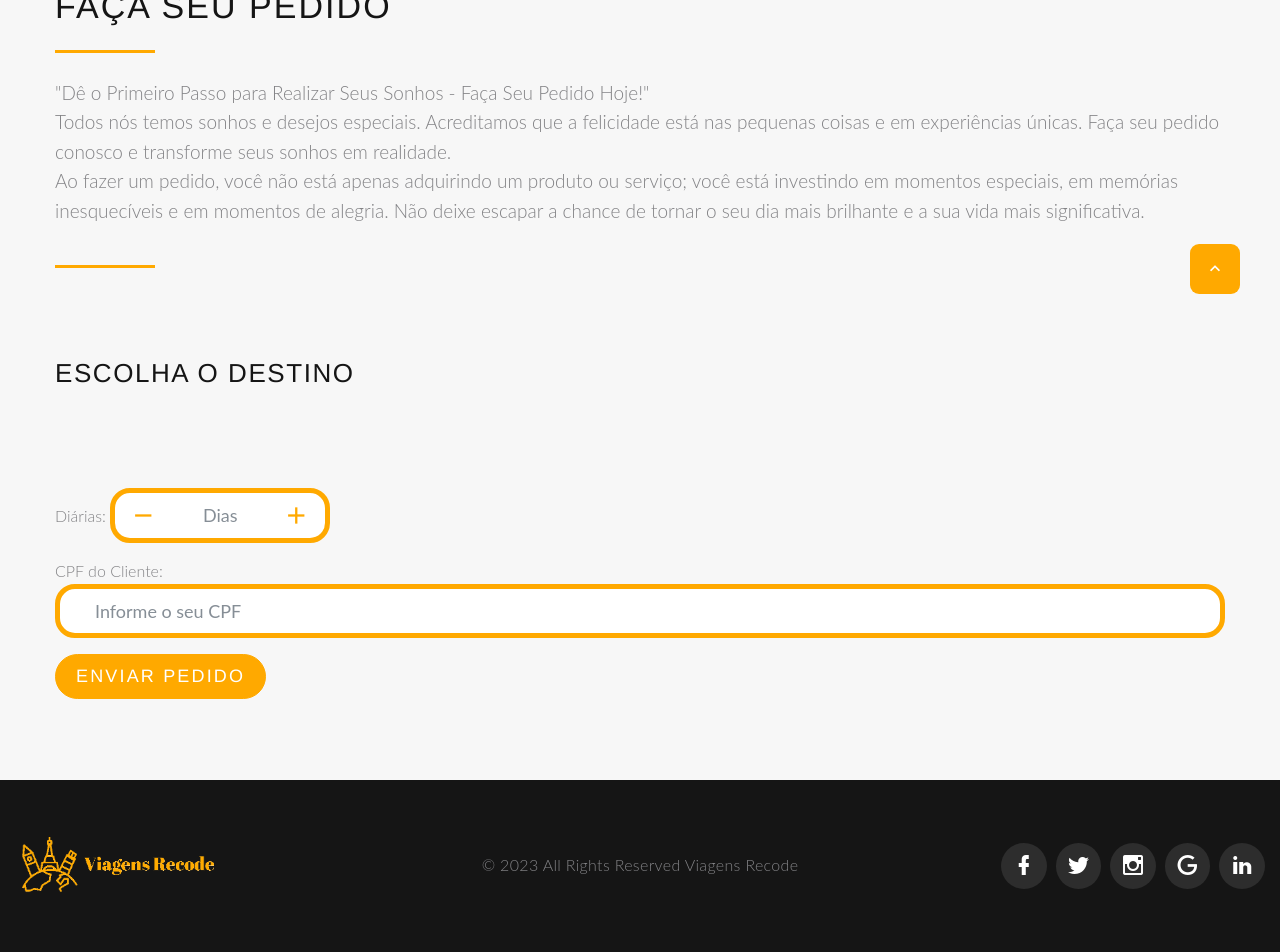
Repository: LiraS23/RecodePro2023-Modulo-4
Page: http://localhost/Modulo4/pedidos.jsp
These files come from the project's save history. The page is drawn as it stood at one moment and after the next save; the edit follows.
The browser window is 1280 px wide. The pictures show the part of the page from y = 486 to 1438 px (the page is 1438 px tall before and 1328 px after).
Some web fonts or font styles are not loaded; a fallback is used. The page is served by Tomcat 10. Other server files are loaded and not shown.

Above is the page before, as saved 2023-11-03 17:45:43.

### java/Modulo4/src/main/webapp/pedidos.jsp
<%@ page language="java" contentType="text/html; charset=UTF-8"
	pageEncoding="UTF-8"%>


<!DOCTYPE html>

<html lang="pt-br">
<head>
<meta charset="UTF-8">
<meta name="viewport"
	content="width=device-width, height=device-height, initial-scale=1.0">
<meta http-equiv="X-UA-Compatible" content="IE=edge">
<title>Pedidos</title>

<link rel="icon" href="assets/images/favicon.ico" type="image/x-icon">
<link rel="stylesheet" type="text/css"
	href="assets/fonts.googleapis.com/css?family=Oswald:200,400%7CLato:300,400,300italic,700%7CMontserrat:900">
<link rel="stylesheet" href="assets/css/bootstrap.css">
<link rel="stylesheet" href="assets/css/style.css">
<link rel="stylesheet" href="assets/css/fonts.css">
</head>
<body>
	<div class="page">
		<header
			class="section page-header breadcrumbs-custom-wrap bg-gradient bg-secondary-2 novi-background bg-cover">
			<!-- RD Navbar-->
			<div class="rd-navbar-wrap rd-navbar-default">
				<nav class="rd-navbar" data-layout="rd-navbar-fixed"
					data-sm-layout="rd-navbar-fixed" data-md-layout="rd-navbar-fixed"
					data-md-device-layout="rd-navbar-fixed"
					data-lg-layout="rd-navbar-fullwidth"
					data-xl-layout="rd-navbar-static"
					data-lg-device-layout="rd-navbar-fixed"
					data-xl-device-layout="rd-navbar-static"
					data-md-stick-up-offset="2px" data-lg-stick-up-offset="2px"
					data-stick-up="true" data-sm-stick-up="true"
					data-md-stick-up="true" data-lg-stick-up="true"
					data-xl-stick-up="true">
					<div class="rd-navbar-inner">
						<!-- RD Navbar Panel-->
						<div class="rd-navbar-panel">
							<!-- RD Navbar Toggle-->
							<button class="rd-navbar-toggle"
								data-rd-navbar-toggle=".rd-navbar-nav-wrap">
								<span></span>
							</button>
							<!-- RD Navbar Brand-->
							<div class="rd-navbar-brand">
								<a class="brand-name" href="index.html"><img
									class="logo-default"
									src="assets/images/logo-default-208x46.png" alt="" width="208"
									height="46" /><img class="logo-inverse"
									src="assets/images/logo-inverse-208x46.png" alt="" width="208"
									height="46" /></a>
							</div>
						</div>
						<div class="rd-navbar-aside-right">
							<div class="rd-navbar-nav-wrap">
								<!-- RD Navbar Nav-->
								<ul class="rd-navbar-nav">
									<li><a href="index.html">Home</a></li>
									<li><a href="destinos.jsp">Destinos</a></li>
									<li><a href="promocoes.html">Promoções</a></li>
									<li><a href="contato.html">Contato</a></li>
									<li><a href="cliente.jsp">Cliente</a></li>
									<li class="active"><a href="pedidos.jsp">Reserve um
											passeio</a></li>
								</ul>
							</div>
						</div>
					</div>
				</nav>
			</div>
			<!-- Breadcrumbs-->
			<section class="breadcrumbs-custom"
				style="background: url(&quot;https://img.freepik.com/vetores-premium/hora-de-viajar-fundo-em-desenho-de-desenho-animado-em-vista-superior-papel-de-parede-com-composicao-de-passaporte_198565-2071.jpg?w=2000&quot;); background-size: cover;">
				<div class="container">
					<p class="breadcrumbs-custom-subtitle">Vamos Viajar!</p>
					<p class="heading-1 breadcrumbs-custom-title">Pedidos</p>
				</div>
			</section>

		</header>
		<!-- Pedido-->
		<section
			class="section section-wrap bg-gray-lighter novi-background bg-cover">
			<div class="section-wrap-inner">
				<div class="container container-bigger">
					<div class="row">
						<div class="col">
							<div class="section section-lg">
								<h3>Faça seu Pedido</h3>
								<hr class="divider divider-left divider-secondary">
								<p class="big">
									"Dê o Primeiro Passo para Realizar Seus Sonhos - Faça Seu
									Pedido Hoje!" <br> Todos nós temos sonhos e desejos
									especiais. Acreditamos que a felicidade está nas pequenas
									coisas e em experiências únicas. Faça seu pedido conosco e
									transforme seus sonhos em realidade. <br> Ao fazer um
									pedido, você não está apenas adquirindo um produto ou serviço;
									você está investindo em momentos especiais, em memórias
									inesquecíveis e em momentos de alegria. Não deixe escapar a
									chance de tornar o seu dia mais brilhante e a sua vida mais
									significativa.
								</p>
								<hr class="divider divider-left divider-secondary">
								<!-- RD Mailform-->
								<form action="/Modulo4/Pedido" method="POST">
									<input type="hidden" name="action" value="adicionar">
									<!-- Listar Pacotes -->
									<div class="section section-lg">
										<h4>Escolha o destino</h4>
										<input type="hidden" id="fk_pacote_idPacote" name="fk_pacote_idPacote" value="">
										<!-- Tabela para listar os pacotes -->
										<table class="table">
											<tbody id="lista-destinos">
												<!-- Os dados da lista de destinos serão inseridos aqui -->
											</tbody>
										</table>
									</div>
									<div class="form-group">
										<label for="diariasPedido">Diárias:</label> <input
											type="number" class="form-control" id="diariasPedido"
											name="diariasPedido" placeholder="Dias"
											style="border: 5px solid #FFA900; border-radius: 20px;"
											min="0" required>
									</div>
									<div class="form-group">
										<label for="fk_cliente_cpf">CPF do Cliente:</label> <input
											type="text" class="form-control" id="fk_cliente_cpf"
											name="fk_cliente_cpf" placeholder="Informe o seu CPF"
											style="border: 5px solid #FFA900; border-radius: 20px;"
											required>
									</div>
									<button type="submit" class="btn btn-primary">Enviar
										Pedido</button>
								</form>
							</div>
						</div>
					</div>
				</div>
			</div>
		</section>
		<!-- Footer Minimal-->
		<footer
			class="section page-footer page-footer-minimal novi-background bg-cover text-center bg-gray-darker">
			<div class="container container-wide">
				<div
					class="row row-fix justify-content-sm-center align-items-md-center row-30">
					<div class="col-md-10 col-lg-7 col-xl-4 text-xl-left">
						<a href="index.html"><img class="inverse-logo"
							src="assets/images/logo-inverse-208x46.png" alt="" width="208"
							height="46" /></a>
					</div>
					<div class="col-md-10 col-lg-7 col-xl-4">
						<p class="right">
							&#169;&nbsp;<span class="copyright-year"></span> All Rights
							Reserved Viagens Recode
						</p>
					</div>
					<div class="col-md-10 col-lg-7 col-xl-4 text-xl-right">
						<ul class="group-xs group-middle">
							<li><a
								class="icon novi-icon icon-md-middle icon-circle icon-secondary-5-filled mdi mdi-facebook"
								href="#"></a></li>
							<li><a
								class="icon novi-icon icon-md-middle icon-circle icon-secondary-5-filled mdi mdi-twitter"
								href="#"></a></li>
							<li><a
								class="icon novi-icon icon-md-middle icon-circle icon-secondary-5-filled mdi mdi-instagram"
								href="#"></a></li>
							<li><a
								class="icon novi-icon icon-md-middle icon-circle icon-secondary-5-filled mdi mdi-google"
								href="#"></a></li>
							<li><a
								class="icon novi-icon icon-md-middle icon-circle icon-secondary-5-filled mdi mdi-linkedin"
								href="#"></a></li>
						</ul>
					</div>
				</div>
			</div>
		</footer>
	</div>

	<!-- Global Mailform Output-->
	<div class="snackbars" id="form-output-global"></div>
	<!-- Javascript-->
	<script src="assets/js/core.min.js"></script>
	<script src="assets/js/script.js"></script>

	<script>
		function listarDestinos() {
			// Use AJAX para solicitar a lista de destinos ao servidor
			$
					.ajax({
						type : 'GET',
						url : '/Modulo4/MeuPacoteServlet?action=listar', // Certifique-se de que seu Servlet esteja mapeado corretamente
						success : function(data) {
							// Atualize a tabela com os dados recebidos do servidor
							$('#lista-destinos').html(data);

							// Adicione botões de seleção apenas nas linhas da tabela, exceto no cabeçalho
							$('#lista-destinos tr:not(:first)')
									.each(
											function() {
												var destinoID = $(this).data(
														'destino-id');
												var radioBtn = $('<input type="radio" name="destinoSelecionado" value="' + destinoID + '">');
												var colunaBotoes = $('<td class="text-right">');
												colunaBotoes.append(radioBtn);
												$(this).append(colunaBotoes);
											});
						},
						error : function() {
							alert('Falha ao listar os destinos.');
						}
					});
		}

		$("tr[data-destino-id]").on("click", function() {
			var idPacote = $(this).data("idPacote");
			$("#fk_pacote_idPacote").val(idPacote);
			calcularValorTotal(); // Recalcular o valor total ao selecionar um destino
		});
	</script>

	<script>
		$(document).ready(function() {
			listarDestinos();
		});
	</script>
</body>
</html>

Loaded but not shown: java/Modulo4/src/main/webapp/assets/css/bootstrap.css (library); java/Modulo4/src/main/webapp/assets/css/style.css (library); java/Modulo4/src/main/webapp/assets/css/fonts.css (library); java/Modulo4/src/main/webapp/assets/js/core.min.js (library); java/Modulo4/src/main/webapp/assets/js/script.js (1496 lines, source omitted)

After the next save:
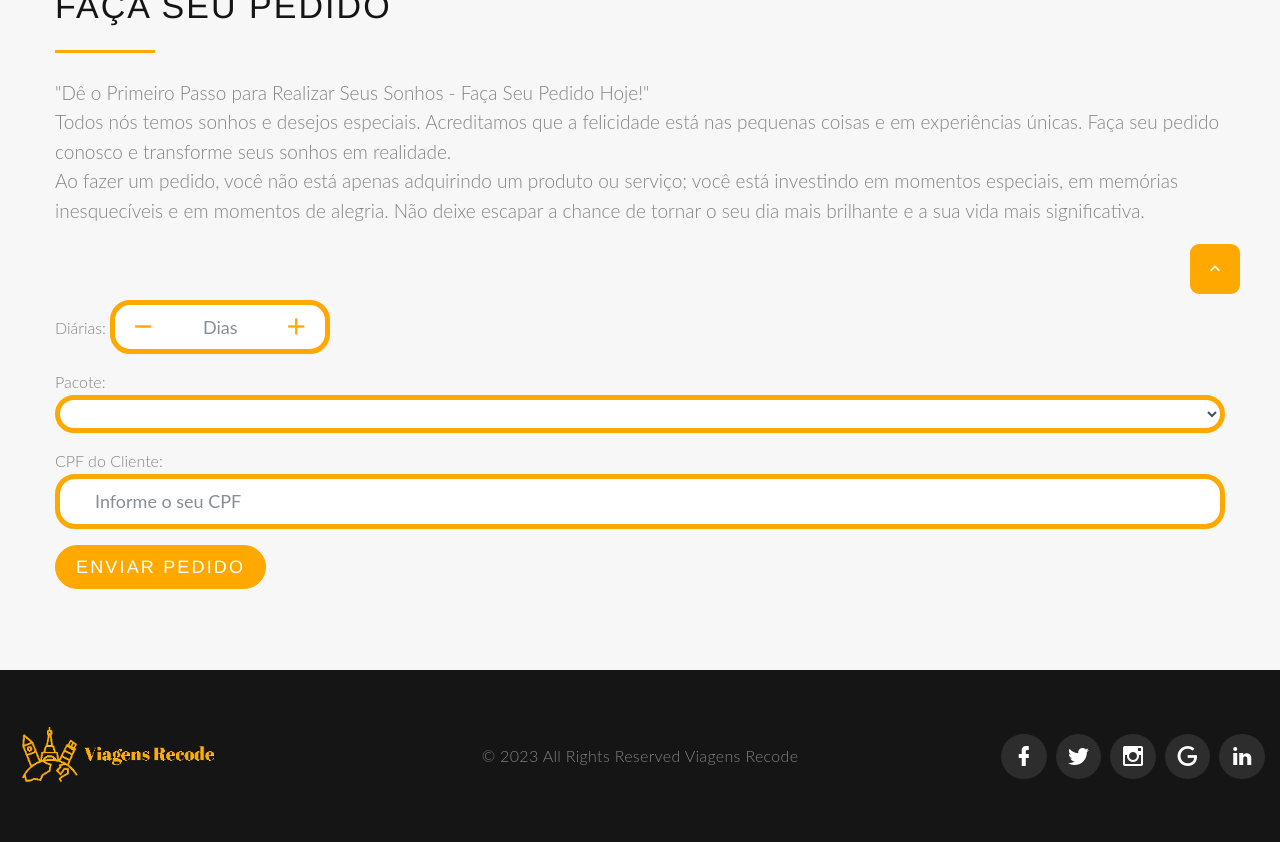
Saved 3 min 9 s later.
--- a/java/Modulo4/src/main/webapp/pedidos.jsp
+++ b/java/Modulo4/src/main/webapp/pedidos.jsp
@@ -63,8 +63,7 @@
 									<li><a href="promocoes.html">Promoções</a></li>
 									<li><a href="contato.html">Contato</a></li>
 									<li><a href="cliente.jsp">Cliente</a></li>
-									<li class="active"><a href="pedidos.jsp">Reserve um
-											passeio</a></li>
+									<li class="active"><a href="pedidos.jsp">Reserve um passeio</a></li>
 								</ul>
 							</div>
 						</div>
@@ -103,27 +102,30 @@
 									chance de tornar o seu dia mais brilhante e a sua vida mais
 									significativa.
 								</p>
-								<hr class="divider divider-left divider-secondary">
+								<br>
+								<br>
+								<br>
 								<!-- RD Mailform-->
-								<form action="/Modulo4/Pedido" method="POST">
-									<input type="hidden" name="action" value="adicionar">
-									<!-- Listar Pacotes -->
-									<div class="section section-lg">
-										<h4>Escolha o destino</h4>
-										<input type="hidden" id="fk_pacote_idPacote" name="fk_pacote_idPacote" value="">
-										<!-- Tabela para listar os pacotes -->
-										<table class="table">
-											<tbody id="lista-destinos">
-												<!-- Os dados da lista de destinos serão inseridos aqui -->
-											</tbody>
-										</table>
-									</div>
+								<form action="processa_pedido.php" method="POST">
 									<div class="form-group">
 										<label for="diariasPedido">Diárias:</label> <input
 											type="number" class="form-control" id="diariasPedido"
 											name="diariasPedido" placeholder="Dias"
 											style="border: 5px solid #FFA900; border-radius: 20px;"
 											min="0" required>
+									</div>
+									<div class="form-group">
+										<label for="fk_pacote_idpacote">Pacote:</label> <select
+											class="form-control" id="fk_pacote_idpacote"
+											name="fk_pacote_idpacote" required
+											style="border: 5px solid #FFA900; border-radius: 20px;">
+											<option value="" disabled selected>Selecione o
+												pacote</option>
+											<!-- Inclua as opções do pacote a partir de seu banco de dados -->
+											<option value="1">Pacote 1</option>
+											<option value="2">Pacote 2</option>
+											<option value="3">Pacote 3</option>
+										</select>
 									</div>
 									<div class="form-group">
 										<label for="fk_cliente_cpf">CPF do Cliente:</label> <input
@@ -187,47 +189,5 @@
 	<!-- Javascript-->
 	<script src="assets/js/core.min.js"></script>
 	<script src="assets/js/script.js"></script>
-
-	<script>
-		function listarDestinos() {
-			// Use AJAX para solicitar a lista de destinos ao servidor
-			$
-					.ajax({
-						type : 'GET',
-						url : '/Modulo4/MeuPacoteServlet?action=listar', // Certifique-se de que seu Servlet esteja mapeado corretamente
-						success : function(data) {
-							// Atualize a tabela com os dados recebidos do servidor
-							$('#lista-destinos').html(data);
-
-							// Adicione botões de seleção apenas nas linhas da tabela, exceto no cabeçalho
-							$('#lista-destinos tr:not(:first)')
-									.each(
-											function() {
-												var destinoID = $(this).data(
-														'destino-id');
-												var radioBtn = $('<input type="radio" name="destinoSelecionado" value="' + destinoID + '">');
-												var colunaBotoes = $('<td class="text-right">');
-												colunaBotoes.append(radioBtn);
-												$(this).append(colunaBotoes);
-											});
-						},
-						error : function() {
-							alert('Falha ao listar os destinos.');
-						}
-					});
-		}
-
-		$("tr[data-destino-id]").on("click", function() {
-			var idPacote = $(this).data("idPacote");
-			$("#fk_pacote_idPacote").val(idPacote);
-			calcularValorTotal(); // Recalcular o valor total ao selecionar um destino
-		});
-	</script>
-
-	<script>
-		$(document).ready(function() {
-			listarDestinos();
-		});
-	</script>
 </body>
 </html>
